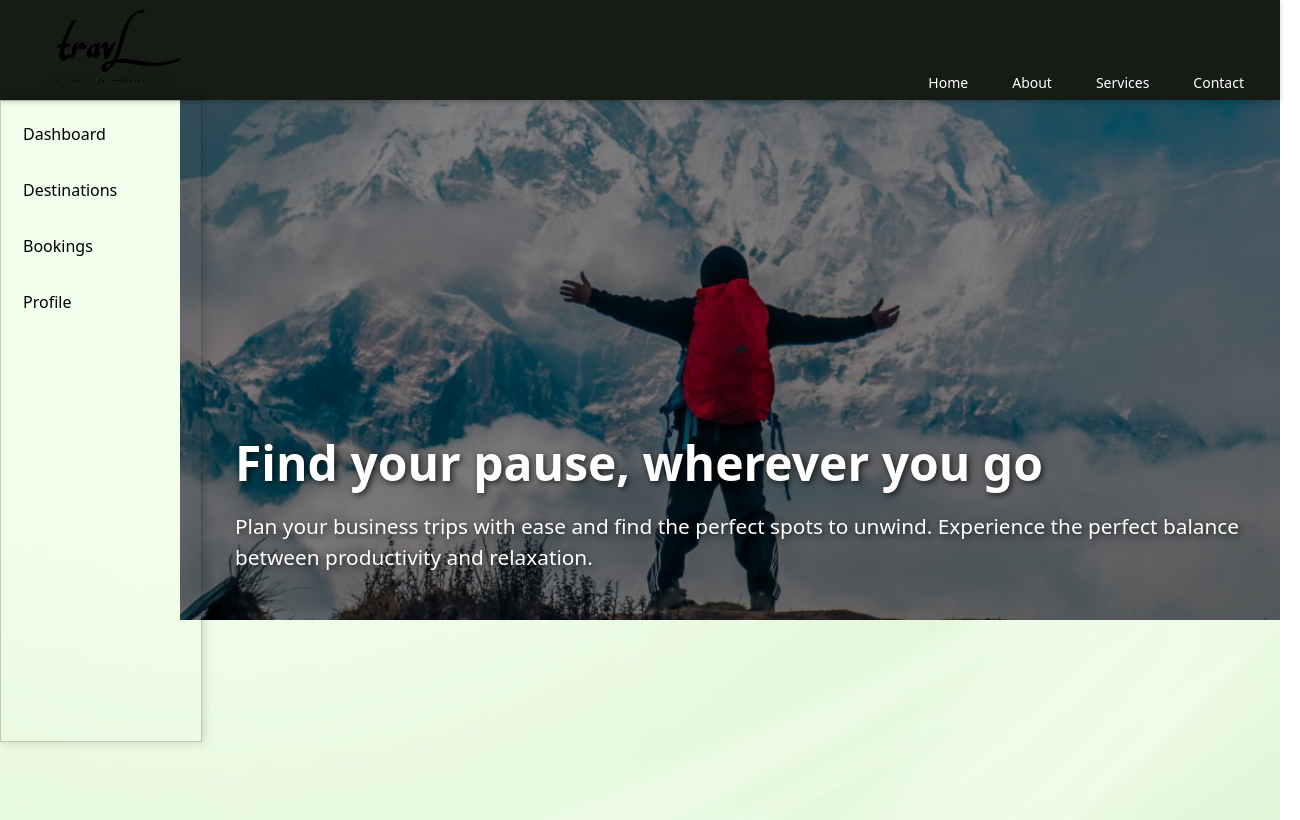
Repository: Nakib-Arman/Javafest25---travL
Page: / (app in Frontend/)
The author's editor kept a copy of each file at every save. The page is drawn from the files as they stood at one save, then again after the next save.
The browser window is 1280 px wide. The page is 1280 px wide, then 1300 px, so the pictures cover 1300 px, including what lies to the right of the window. The pictures show the whole page.
Pictures or frames that could not be fetched are drawn as grey boxes. The project was rebuilt for these pictures with package versions that can differ from the ones it lists, and the page was loaded fresh each time. Also part of the build but not shown: Frontend/vite.config.js.

Above is the page before, as saved 2025-08-13 08:56:25.

After the next save:
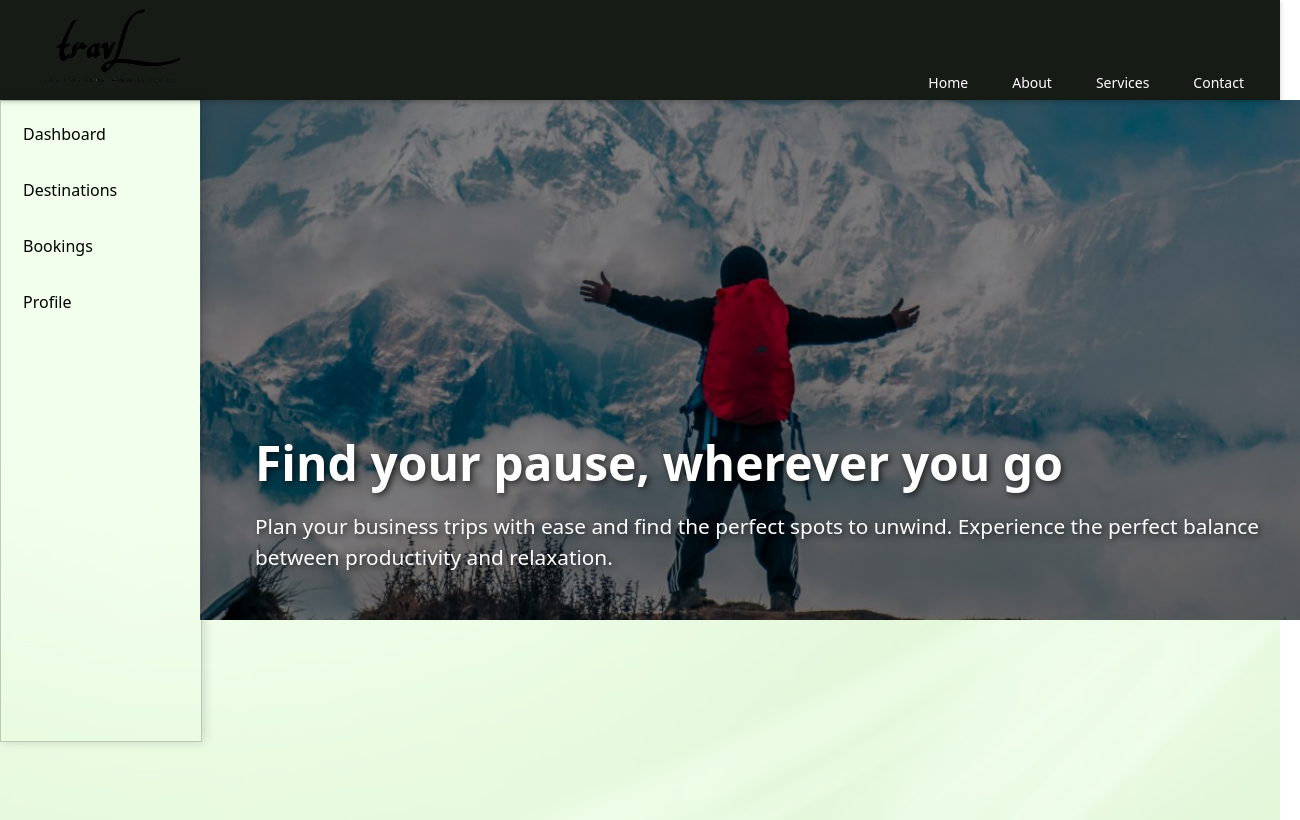
Saved 34 s later.
--- a/Frontend/src/CSS/Home.css
+++ b/Frontend/src/CSS/Home.css
@@ -34,7 +34,7 @@
     position: relative;
     margin-top: 100px;
     /* space for topbar */
-    margin-left: 180px;
+    margin-left: 200px;
     /* space for sidebar */
     width: calc(100% - 180px);
     height: calc(100% - 200px);
